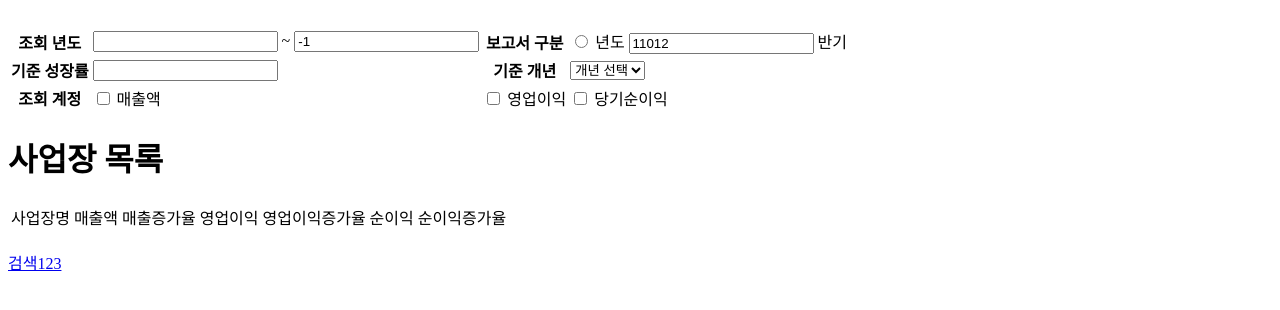
Repository: bangProgram/PJT_Finance
Page: http://localhost/Finance/WEB-INF/views/report/reportList.jsp
These files come from the project's save history. The page is drawn as it stood at one moment and after the next save; the edit follows.
The browser window is 1280 px wide. The pictures show the whole page.
The page is served by Tomcat 9. Nobody is signed in. The template is opened directly, without the code that normally fills it, so the values that code supplies are empty.

Above is the page before, as saved 2022-10-20 07:02:50.

After the next save:
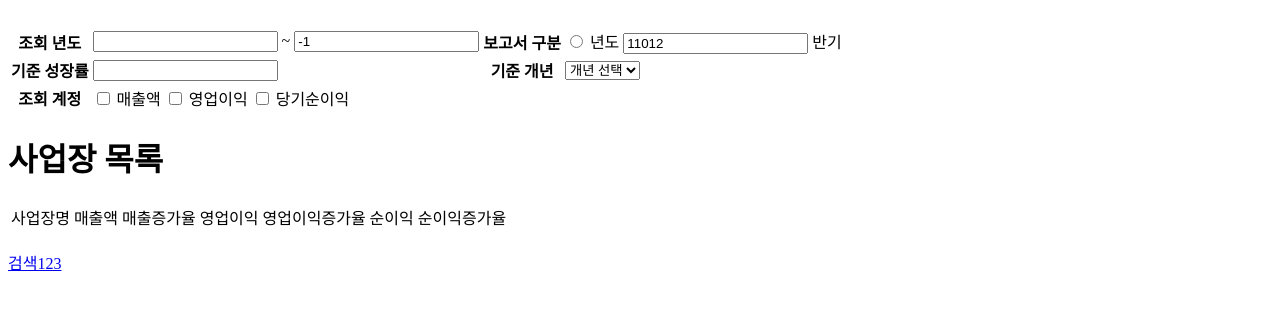
Saved 69 s later.
--- a/Finance/src/main/webapp/WEB-INF/views/report/reportList.jsp
+++ b/Finance/src/main/webapp/WEB-INF/views/report/reportList.jsp
@@ -55,9 +55,11 @@
 			</tr>
 			<tr>
 				<th>조회 계정</th>
-				<td><input type="checkbox" name="pAccountId" id="pAccountId" value="ifrs-full_Revenue" title="매출액"> 매출액 </td>
-				<td><input type="checkbox" name="pAccountId" id="pAccountId" value="dart_OperatingIncomeLoss" title="영업이익"> 영업이익 </td>
-				<td><input type="checkbox" name="pAccountId" id="pAccountId" value="ifrs-full_ProfitLoss" title="당기순이익"> 당기순이익 </td>
+				<td rowspan="3">
+					<input type="checkbox" name="pAccountId" id="pAccountId" value="ifrs-full_Revenue" title="매출액"> 매출액
+					<input type="checkbox" name="pAccountId" id="pAccountId" value="dart_OperatingIncomeLoss" title="영업이익"> 영업이익
+					<input type="checkbox" name="pAccountId" id="pAccountId" value="ifrs-full_ProfitLoss" title="당기순이익"> 당기순이익
+				</td>
 			</tr>
 		</table>
 
